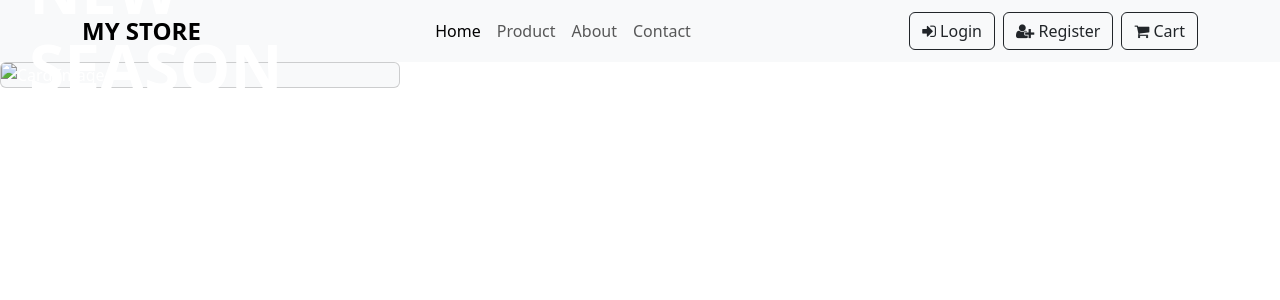
Repository: asad3407886839/E-commerce-Store
Page: /products (app in vite-project/)
These files come from the project's save history. The page is drawn as it stood at one moment and after the next save; the edit follows.
The browser window is 1280 px wide. The pictures show the whole page.
The project was rebuilt for these pictures with package versions that can differ from the ones it lists, and the page was loaded fresh each time. Also part of the build but not shown: vite-project/vite.config.js, vite-project/src/index.css.

Above is the page before, as saved 2024-06-29 16:13:25.

After the next save:
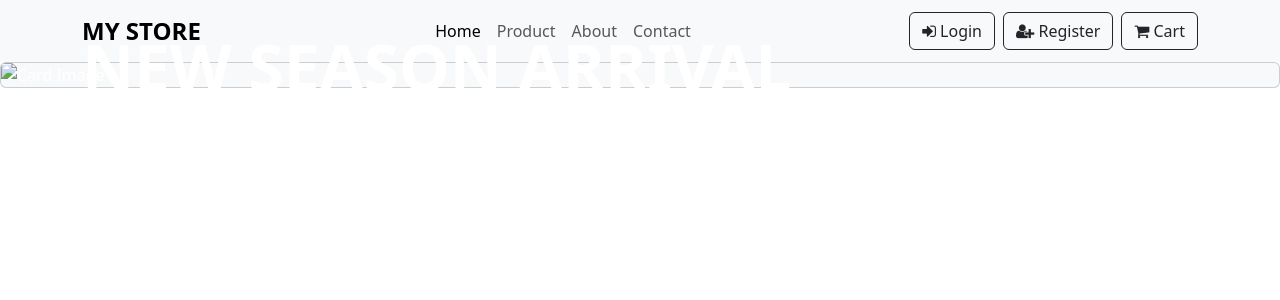
Saved 15 s later.
--- a/vite-project/src/components/Home.jsx
+++ b/vite-project/src/components/Home.jsx
@@ -3,7 +3,7 @@ import React from 'react';
 const Home = () => {
   return (
     <div className="hero">
-       <div className="card text-white bg-light position-relative" style={{ maxWidth: '400px' }}>
+       <div className="card text-white bg-light position-relative" style={{ maxWidth: '1400px' }}>
         <img
           src="https://avatars.mds.yandex.net/i?id=39f40d791f1f7c86e921481b05da4f674ca95710-12803937-images-thumbs&n=13"
           className="card-img"
